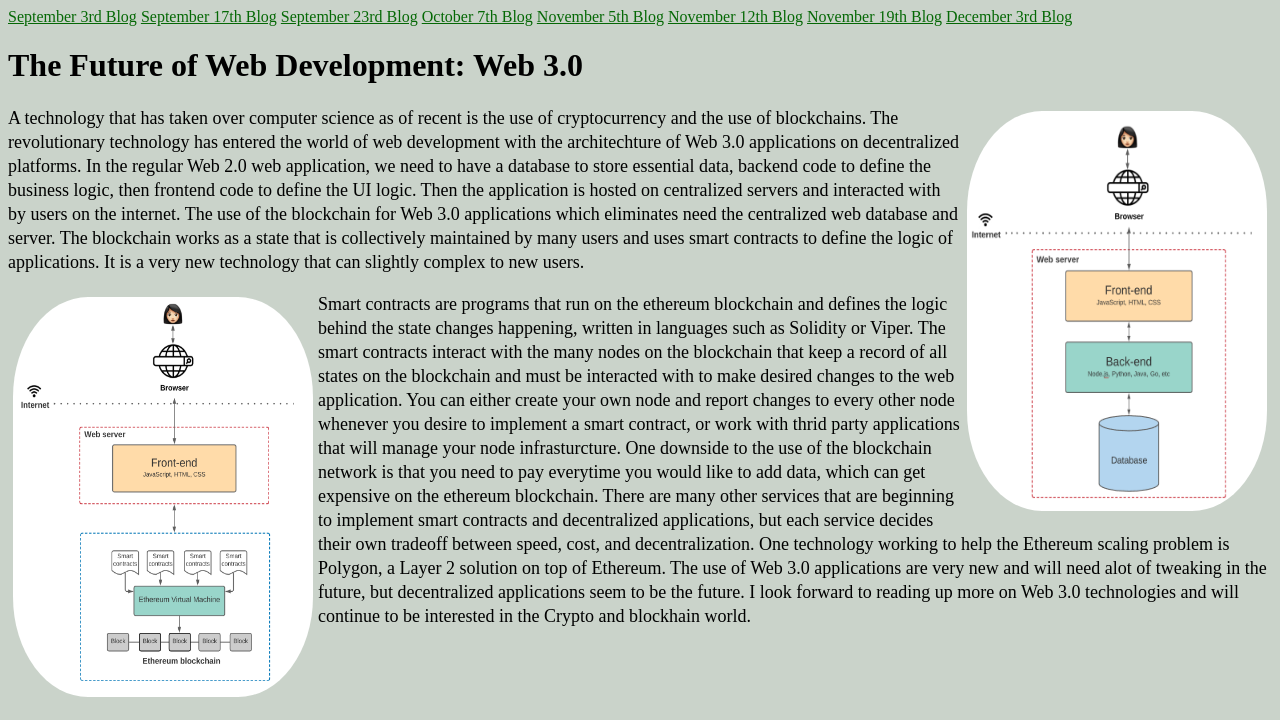
Repository: alharama/WebBlog
Page: Dec_3rd.html
These files come from the project's save history. The page is drawn as it stood at one moment and after the next save; the edit follows.
The browser window is 1280 px wide. The pictures show the whole page.

Above is the page before, as saved 2021-12-02 22:57:10.

After the next save:
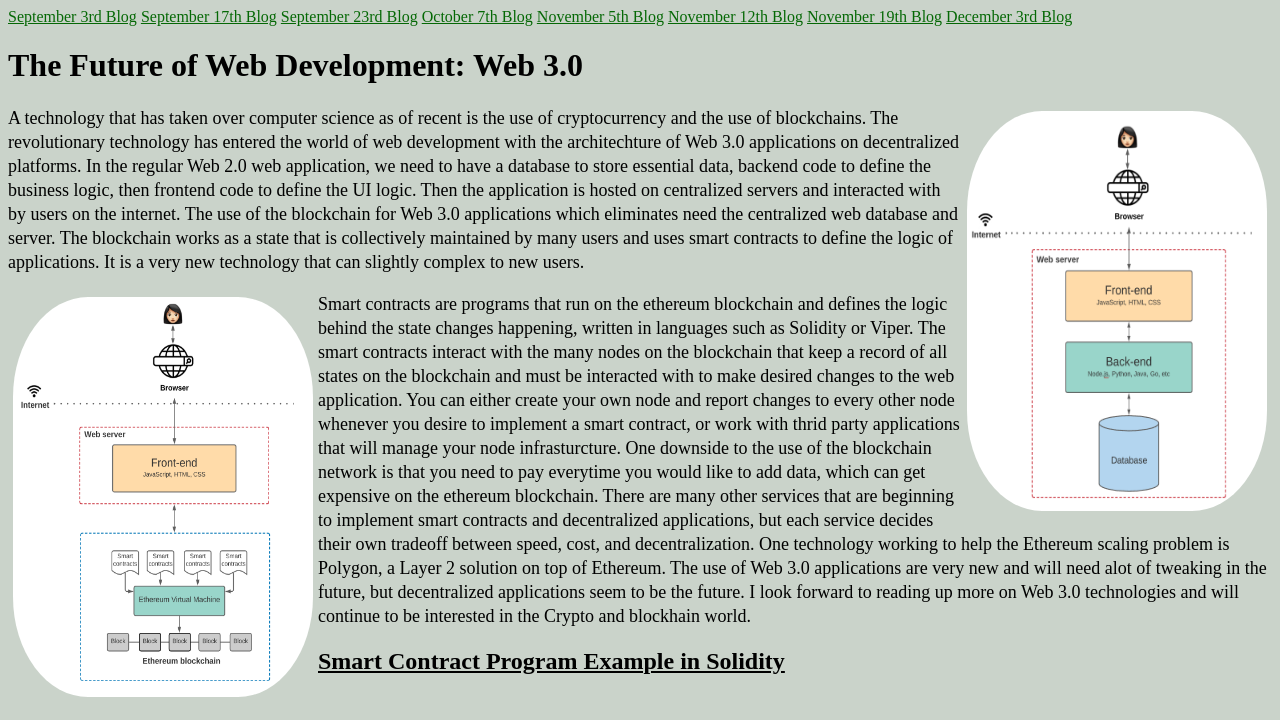
Saved 42 s later.
--- a/Dec_3rd.html
+++ b/Dec_3rd.html
@@ -96,5 +96,7 @@
       forward to reading up more on Web 3.0 technologies and will continue to be
       interested in the Crypto and blockhain world.
     </p>
+
+    <h2>Smart Contract Program Example in Solidity</h2>
   </body>
 </html>
